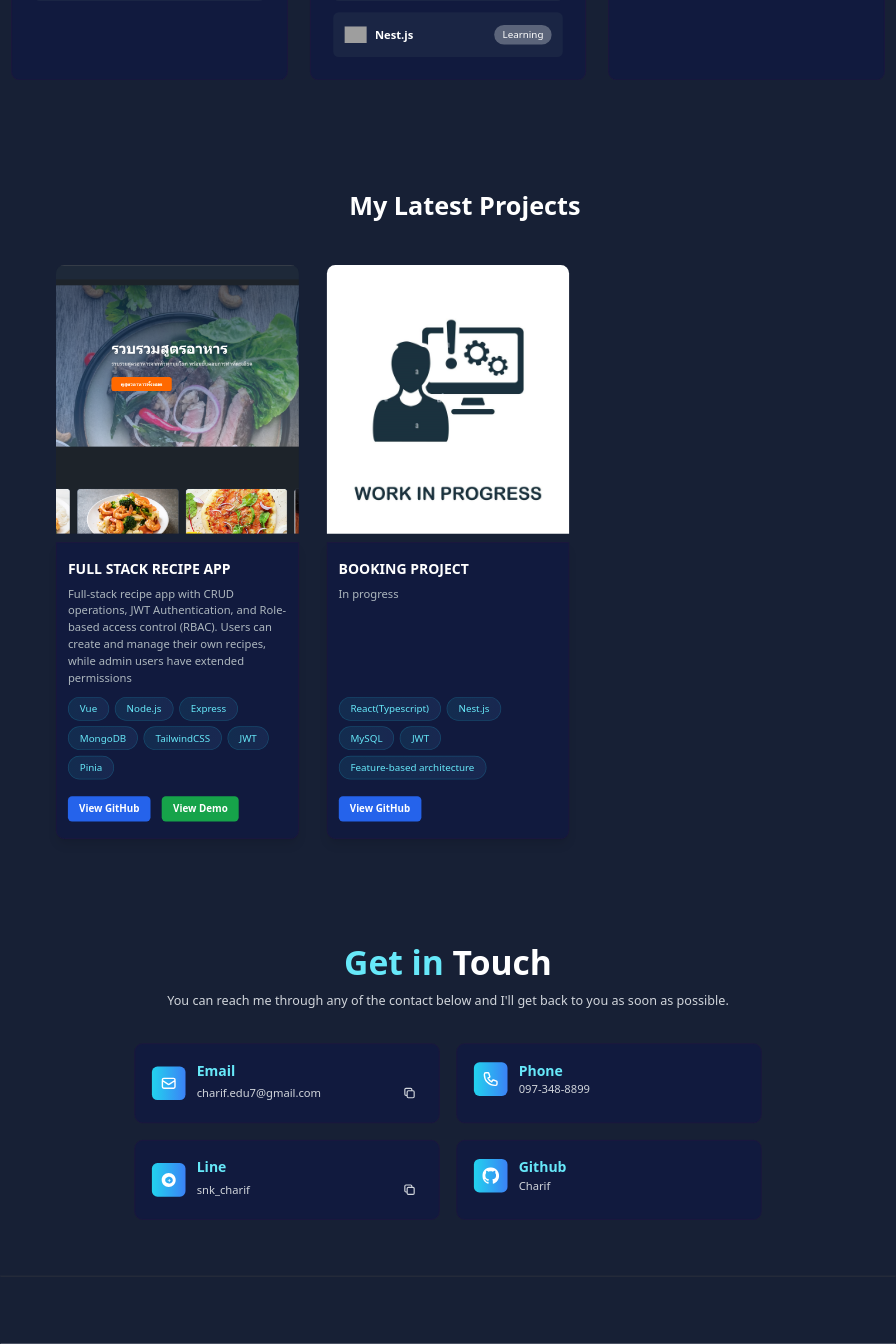
Repository: Charifx7/MyPortfolio
Page: /
An editor plug-in stored every save of this project. The page is shown before and after a run of saves, followed by the edit.
The browser window is 1280 px wide. The pictures show the part of the page from y = 1592 to 3512 px (the page is 3512 px tall), at 70% of full size.
Pictures or frames that could not be fetched are drawn as grey boxes. The project was rebuilt for these pictures with package versions that can differ from the ones it lists, and the page was loaded fresh each time. Also part of the build but not shown: vite.config.js.

Above is the page before, as saved 2026-02-14 10:52:05.

After the next 3 saves:
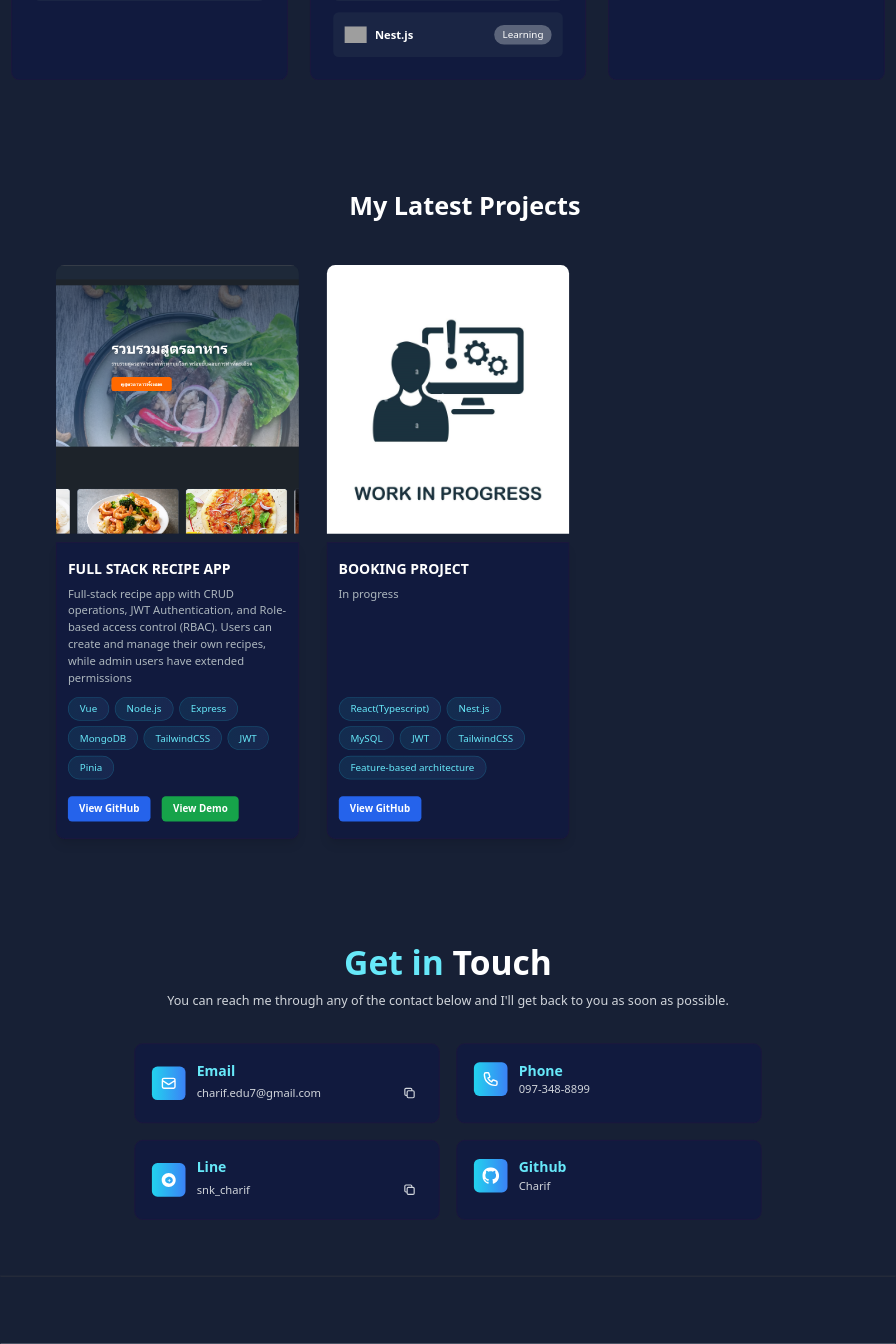
The 3 saves are shown as one change because they came seconds apart.
The last was saved 18 s later.
--- a/src/components/LatestProjSection.vue
+++ b/src/components/LatestProjSection.vue
@@ -65,7 +65,7 @@ const Projects = ref([
         image: '/assets/project0.jpg',
         title: 'Booking Project',
         description: 'In progress',
-        technologies: ['React(Typescript)', 'Nest.js','MySQL','JWT','Feature-based architecture'],
+        technologies: ['React(Typescript)', 'Nest.js','MySQL','JWT','TailwindCSS','Feature-based architecture'],
         gitURL: 'https://github.com/Charifx7',
         webURL: ''
     },
